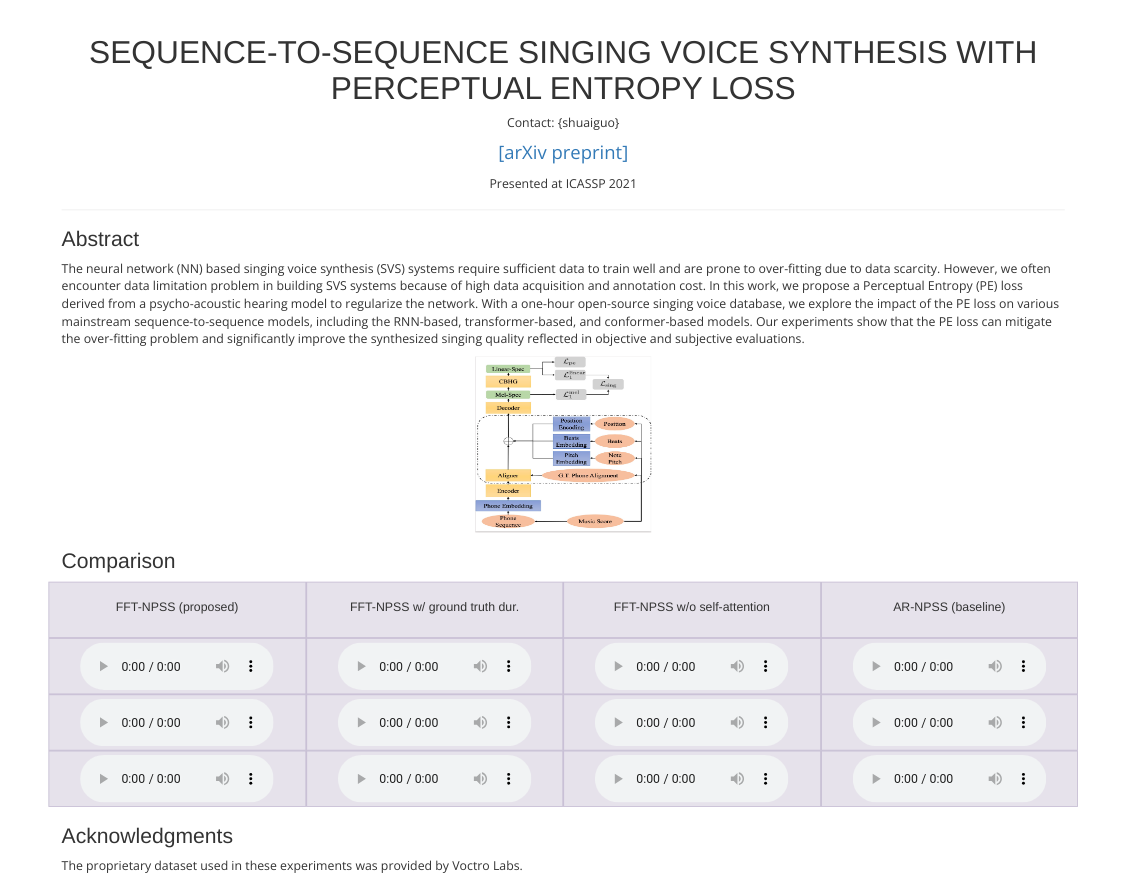
Repository: PeterGuoRuc/SVS_pe.github.io
Page: index.html
The author's editor kept a copy of each file at every save. The page is drawn from the files as they stood at one save, then again after the next save.
The browser window is 1280 px wide. The pictures show the whole page, at 88% of full size.

Above is the page before, as saved 2021-06-06 16:41:02.

### index.html
<!DOCTYPE html>
<html lang="en">
  <head>
    <meta charset="utf-8">
    <meta http-equiv="X-UA-Compatible" content="IE=edge">
    <meta name="viewport" content="width=device-width, initial-scale=1">
    <meta name="description" content="">
    <meta name="author" content="">
    <link rel="shortcut icon" type="image/x-icon" href="../favicon.ico">

    <title>SEQUENCE-TO-SEQUENCE SINGING VOICE SYNTHESIS WITH PERCEPTUAL ENTROPY LOSS</title>

    <!-- Fonts -->
    <link href="https://fonts.googleapis.com/css?family=Abril+Fatface|Open+Sans" rel="stylesheet">

    <!-- Bootstrap core CSS -->
    <!--<link href="bootstrap/dist/css/bootstrap.min.css" rel="stylesheet">-->
    <link href="https://maxcdn.bootstrapcdn.com/bootstrap/3.3.7/css/bootstrap.min.css" rel="stylesheet">

    <!-- IE10 viewport hack for Surface/desktop Windows 8 bug -->
    <!--<link href="bootstrap/assets/css/ie10-viewport-bug-workaround.css" rel="stylesheet">-->
    <link href="https://maxcdn.bootstrapcdn.com/css/ie10-viewport-bug-workaround.css" rel="stylesheet">

    <!-- Custom styles for this template -->
    <link href="poster.css" rel="stylesheet">

    <!-- Just for debugging purposes. Don't actually copy these 2 lines! -->
    <!--[if lt IE 9]><script src="bootstrap/assets/js/ie8-responsive-file-warning.js"></script><![endif]-->
    <!--<script src="bootstrap/assets/js/ie-emulation-modes-warning.js"></script>-->

    <!-- HTML5 shim and Respond.js for IE8 support of HTML5 elements and media queries -->
    <!--[if lt IE 9]>
      <script src="https://oss.maxcdn.com/html5shiv/3.7.3/html5shiv.min.js"></script>
      <script src="https://oss.maxcdn.com/respond/1.4.2/respond.min.js"></script>
    <![endif]-->
  </head>

  <body>
    <div class="container">

      <div class="page-header">
        <h1>
          SEQUENCE-TO-SEQUENCE SINGING VOICE SYNTHESIS WITH PERCEPTUAL ENTROPY LOSS
        </h1>
        <p class="centered">Contact: {shuaiguo}</p>
        <p class="lead">
          <a class="lead_link" href="https://arxiv.org/abs/2010.12024">[arXiv preprint]</a>
        </p>
        <p class="centered">Presented at ICASSP 2021</p>
      </div>

      <h3>Abstract</h3>
      <p>The neural network (NN) based singing voice synthesis (SVS) systems require sufficient data to train well and are prone to over-fitting due to data scarcity.
        However, we often encounter data limitation problem in building SVS systems because of high data acquisition and annotation cost.
        In this work, we propose a Perceptual Entropy (PE) loss derived from a psycho-acoustic hearing model to regularize the network.
        With a one-hour open-source singing voice database, we explore the impact of the PE loss on various mainstream sequence-to-sequence models, including the RNN-based, transformer-based, and conformer-based models.
        Our experiments show that the PE loss can mitigate the over-fitting problem and significantly improve the synthesized singing quality reflected in objective and subjective evaluations.
      </p>

      <center><img src="files/svs_model.jpg"/ height="200" width="200"></center>

      <h3>Comparison</h3>
      <div class="row">
        <div class="col-md-3">FFT-NPSS (proposed)</div>
        <div class="col-md-3">FFT-NPSS w/ ground truth dur.</div>
        <div class="col-md-3">FFT-NPSS w/o self-attention</div>
        <div class="col-md-3">AR-NPSS (baseline)</div>
      </div>
      <div class="row">
        <div class="col-md-3"><audio src="files/1_Feel_4.mp3" controls></audio></div>
        <div class="col-md-3"><audio src="files/2_Feel_4.mp3" controls></audio></div>
        <div class="col-md-3"><audio src="files/3_Feel_4.mp3" controls></audio></div>
        <div class="col-md-3"><audio src="files/4_Feel_4.mp3" controls></audio></div>
      </div>
      <div class="row">
        <div class="col-md-3"><audio src="files/1_Feel_19.mp3" controls></audio></div>
        <div class="col-md-3"><audio src="files/2_Feel_19.mp3" controls></audio></div>
        <div class="col-md-3"><audio src="files/3_Feel_19.mp3" controls></audio></div>
        <div class="col-md-3"><audio src="files/4_Feel_19.mp3" controls></audio></div>
      </div>
      <div class="row">
        <div class="col-md-3"><audio src="files/1_Rio_8.mp3" controls></audio></div>
        <div class="col-md-3"><audio src="files/2_Rio_8.mp3" controls></audio></div>
        <div class="col-md-3"><audio src="files/3_Rio_8.mp3" controls></audio></div>
        <div class="col-md-3"><audio src="files/4_Rio_8.mp3" controls></audio></div>
      </div>

      <h3>Acknowledgments</h3>
      <p>The proprietary dataset used in these experiments was provided by Voctro Labs.</p>


    </div> <!-- /container -->


    <!-- IE10 viewport hack for Surface/desktop Windows 8 bug -->
    <!--<script src="bootstrap/assets/js/ie10-viewport-bug-workaround.js"></script>-->
    <script src="https://maxcdn.bootstrapcdn.com/js/ie10-viewport-bug-workaround.js"></script>
  </body>
</html>

### poster.css

p {
  font-family: 'Open Sans', sans-serif;
  margin: 10px 0 10px;
}

.lead_link {
  margin: 0 5px 0 5px;
}

.lead {
  text-align: center;
  margin-bottom: 0;
}

.centered {
  text-align: center;
}

.image_title {
  text-align: center;
}

img.figure {
  display: block;
  margin-left: auto;
  margin-right: auto;
  max-width: 100%;
}

h1 {
  /* font-family: 'Abril Fatface', cursive; */
  text-align: center;
}

h4 {
  margin-top: 25px;
}
.row {
  margin-bottom: 0px;
  position: relative;
}

/* vertically center audio players */
.row audio {
    position: absolute;
    top: 0;
    left: 0;
    bottom: 0;
    right: 0;
    margin: auto;
    display: block;
    width: 220px;
}

[class*="col-"] {
  padding-top: 17px;
  padding-bottom: 17px;
  background-color: #eee;
  background-color: rgba(86,61,124,.15);
  border: 1px solid #ddd;
  border: 1px solid rgba(86,61,124,.2);
  height: 64px;
  text-align: center;
}

hr {
  margin-top: 40px;
  margin-bottom: 40px;
}

After the next save:
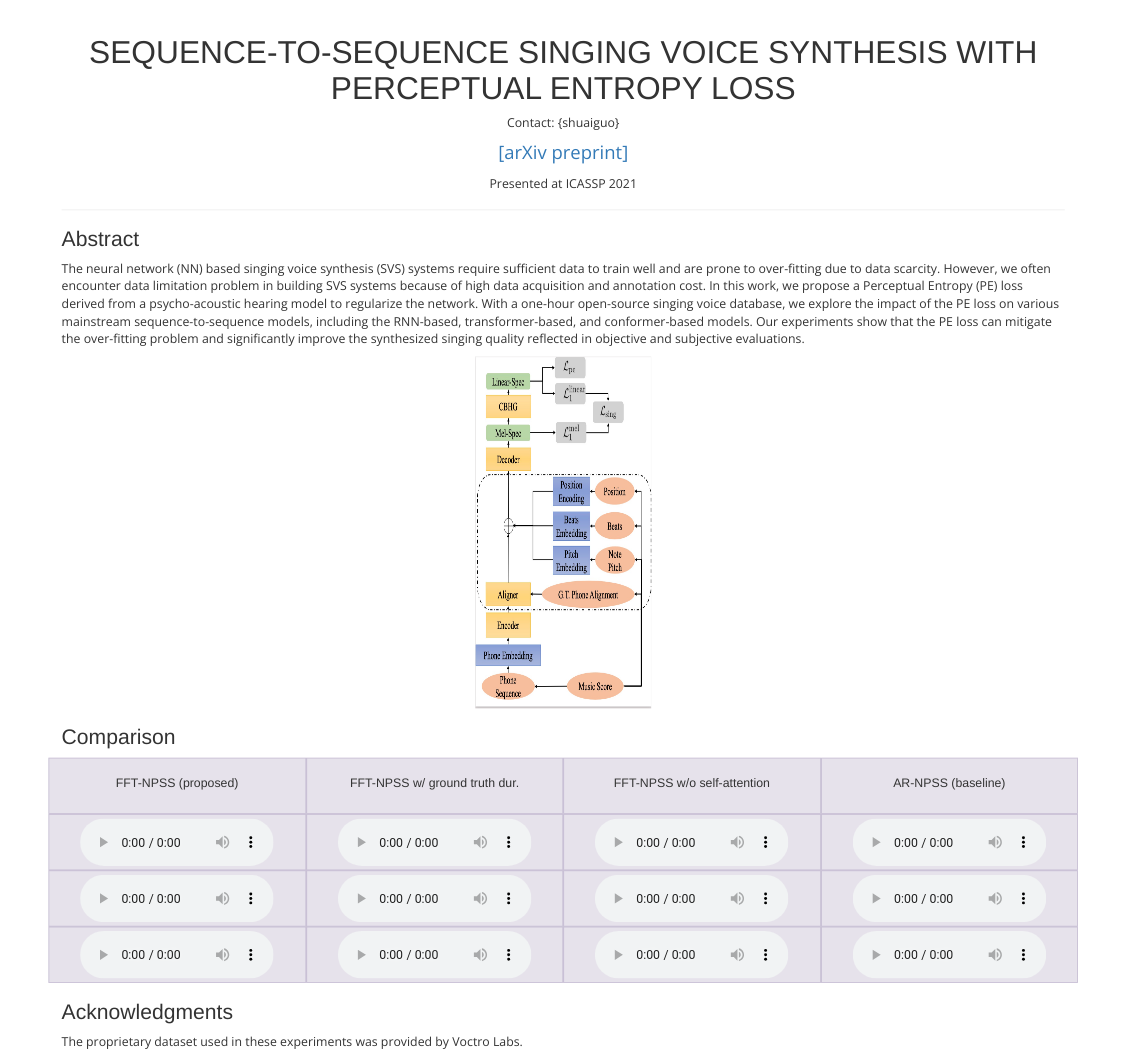
Saved 49 s later.
--- a/index.html
+++ b/index.html
@@ -57,7 +57,7 @@
         Our experiments show that the PE loss can mitigate the over-fitting problem and significantly improve the synthesized singing quality reflected in objective and subjective evaluations.
       </p>
 
-      <center><img src="files/svs_model.jpg"/ height="200" width="200"></center>
+      <center><img src="files/svs_model.jpg"/ height="400" width="200"></center>
 
       <h3>Comparison</h3>
       <div class="row">
